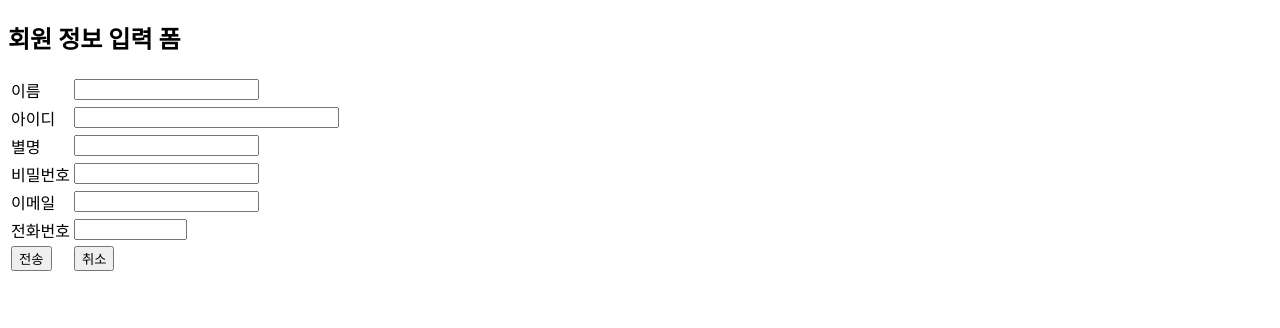
Repository: itrecipe/Web_ez
Page: http://localhost/jspCh06/03_addMemberForm.jsp
These files come from the project's save history. The page is drawn as it stood at one moment and after the next save; the edit follows.
The browser window is 1280 px wide. The pictures show the whole page.
The page is served by Tomcat 9.

Above is the page before, as saved 2023-04-03 02:11:58.

After the next save:
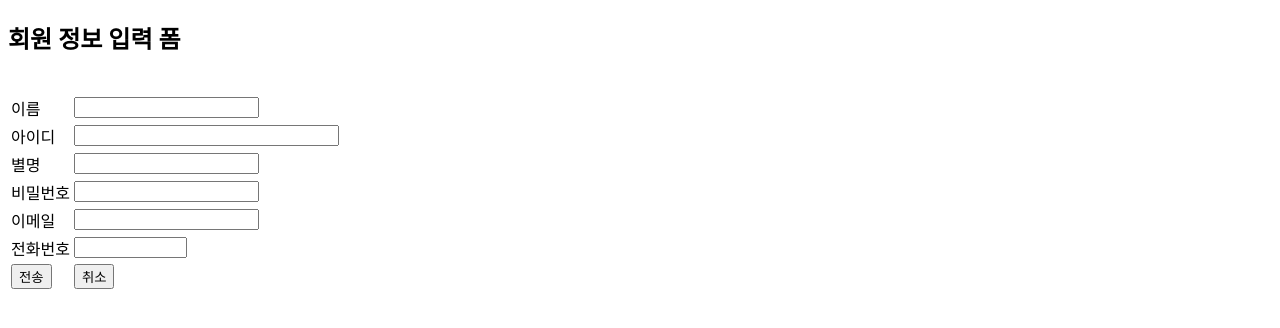
Saved 10 s later.
--- a/jspCh06/src/main/webapp/03_addMemberForm.jsp
+++ b/jspCh06/src/main/webapp/03_addMemberForm.jsp
@@ -36,7 +36,7 @@
 		<td><input type="text" name="phone" size="11"></td>
 	</tr>
 	<tr>
-		<td><input type="submit" value="전송"></td>
+		<td><input type="submit" value="전송"></td><br/>
 		<td><input type="reset" value="취소"></td>
 	</tr>
 </table>

After the save that followed:
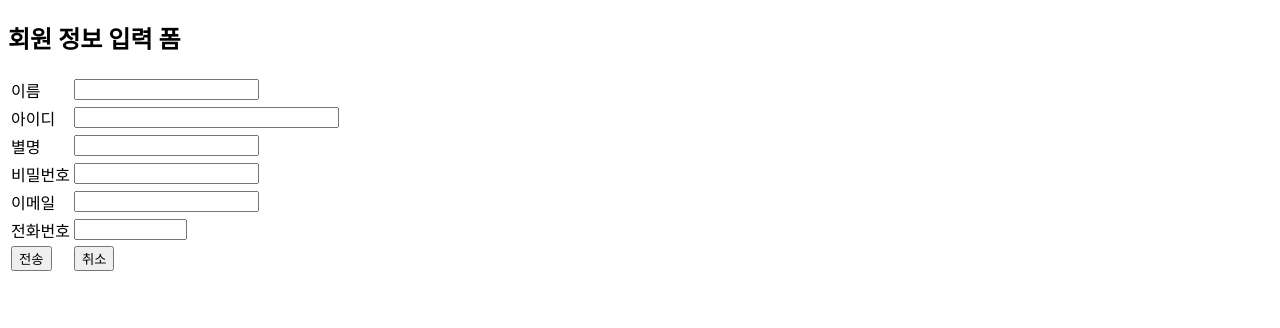
Saved 7 s later.
--- a/jspCh06/src/main/webapp/03_addMemberForm.jsp
+++ b/jspCh06/src/main/webapp/03_addMemberForm.jsp
@@ -36,7 +36,7 @@
 		<td><input type="text" name="phone" size="11"></td>
 	</tr>
 	<tr>
-		<td><input type="submit" value="전송"></td><br/>
+		<td><input type="submit" value="전송"></td>
 		<td><input type="reset" value="취소"></td>
 	</tr>
 </table>
